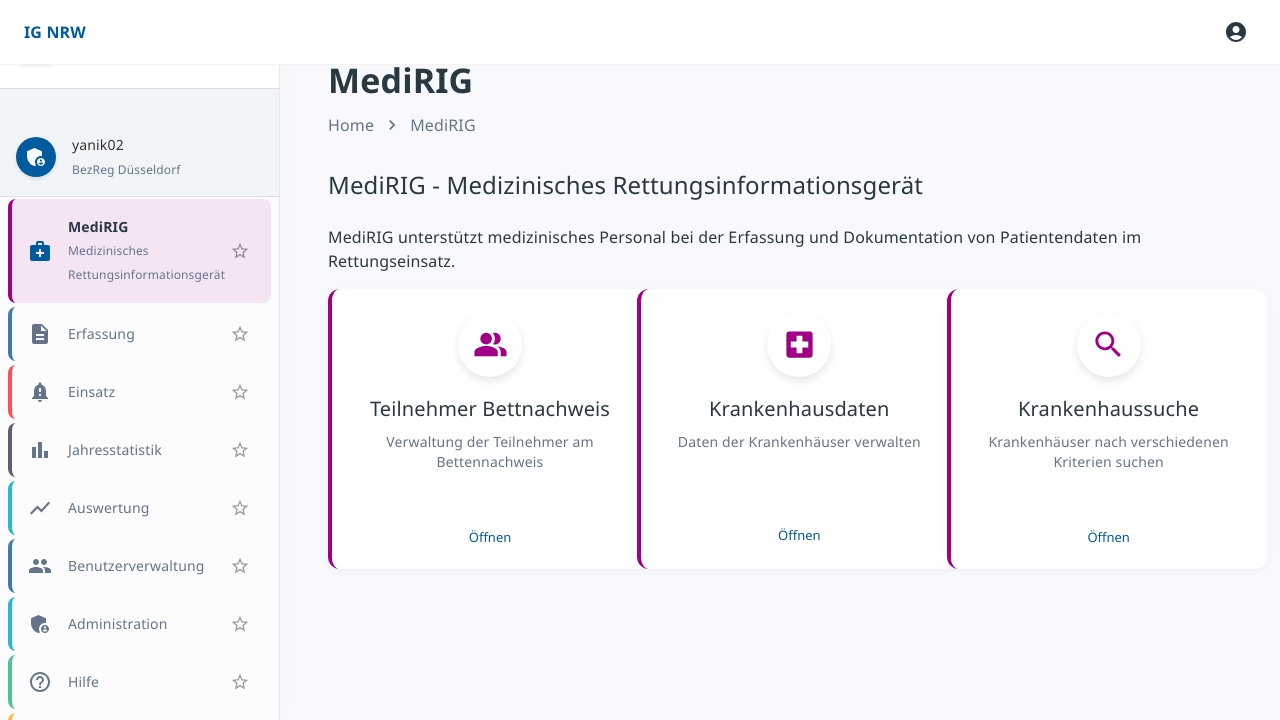
Repository: bynrw/sidebar
Page: /medirig
The author's editor kept a copy of each file at every save. The page is drawn from the files as they stood at one save, then again after the next save.
The browser window is 1280 px wide. The pictures show the whole page.
The project was rebuilt for these pictures with package versions that can differ from the ones it lists, and the page was loaded fresh each time. Also part of the build but not shown: src/components/pages/HomePage.js, src/components/pages/Info.js, src/components/pages/Jahresstatistik.js.

Above is the page before, as saved 2025-04-23 10:36:34.

After the next save:
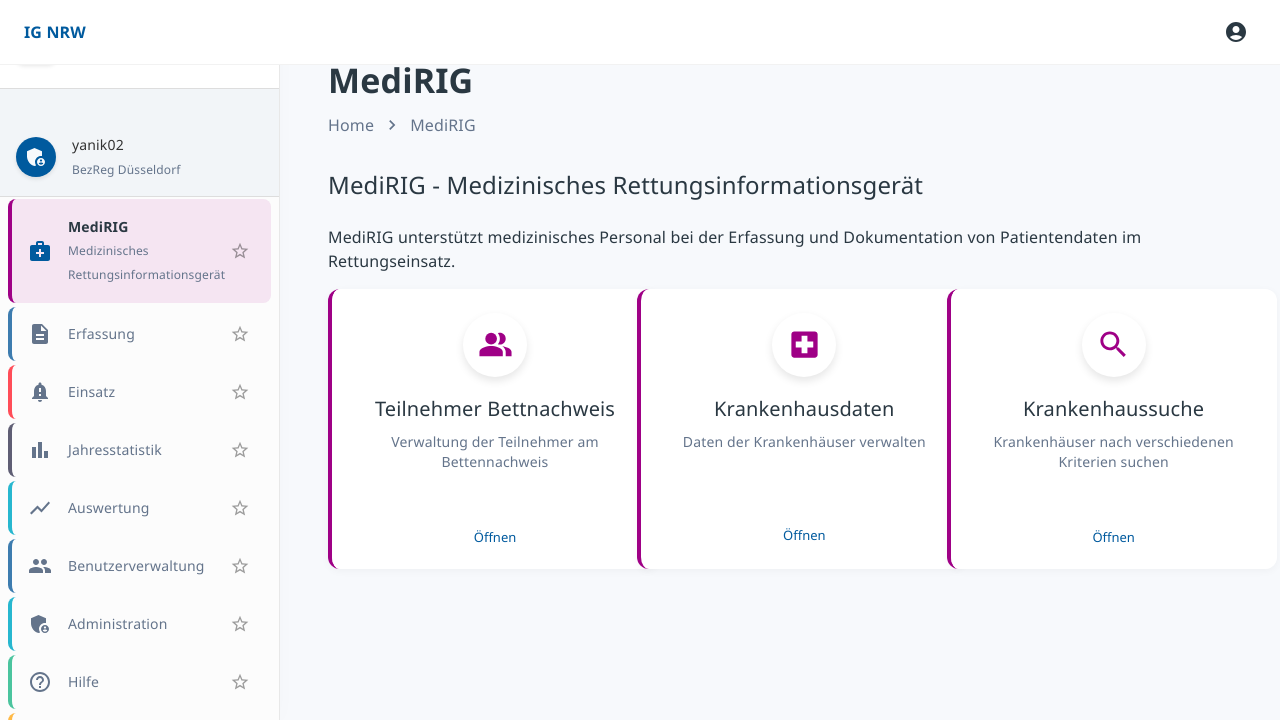
Saved 99 s later.
--- a/src/components/layout/CustomCard.js
+++ b/src/components/layout/CustomCard.js
@@ -40,7 +40,7 @@ const CustomCard = ({
     <Card
       sx={{
         height: '280px',
-        width: '320px',
+        width: '330px',
         display: 'flex',
         flexDirection: 'column',
         transition: 'transform 0.2s, box-shadow 0.2s',
